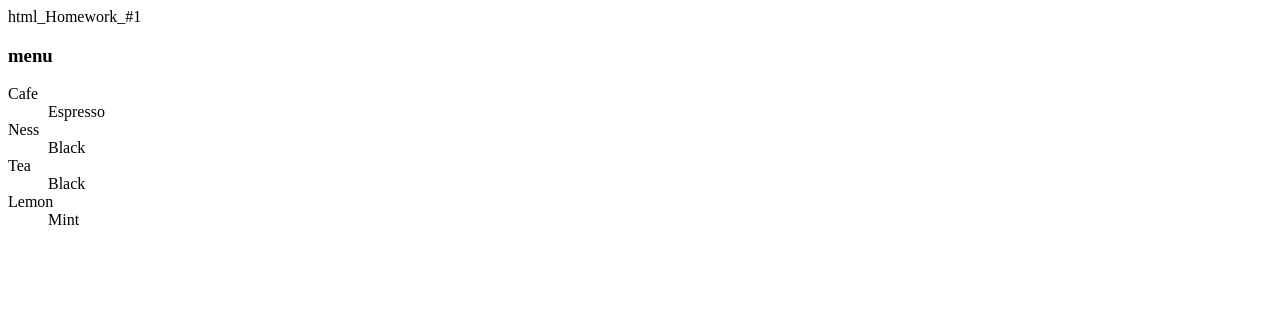
Repository: Julian-Escobar/menu
Page: index.html
The author's editor kept a copy of each file at every save. The page is drawn from the files as they stood at one save, then again after the next save.
The browser window is 1280 px wide. The pictures show the whole page.

Above is the page before, as saved 2018-08-12 18:46:53.

After the next save:
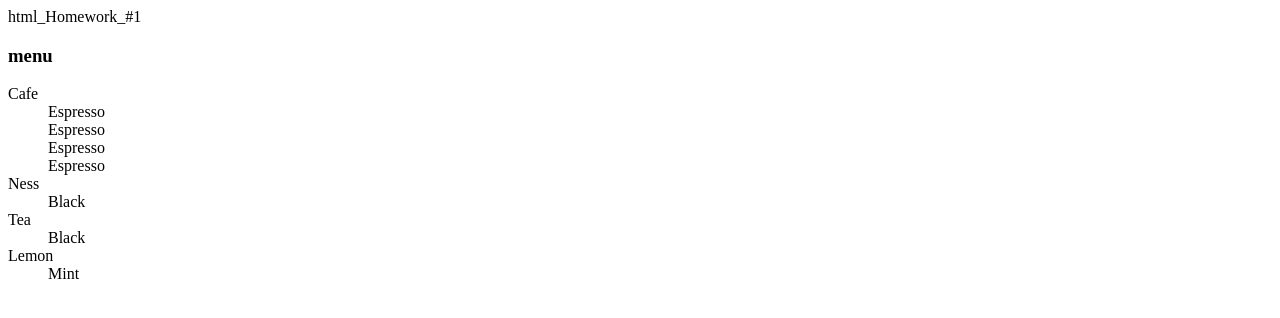
Saved 92 s later.
--- a/index.html
+++ b/index.html
@@ -7,6 +7,9 @@
     <h3>menu</h3>
 <dl>
   <dt>Cafe</dt>
+    <dd>Espresso</dd>
+    <dd>Espresso</dd>
+    <dd>Espresso</dd>
     <dd>Espresso</dd>
     <dt>Ness</dt>
     <dd>Black</dd>
